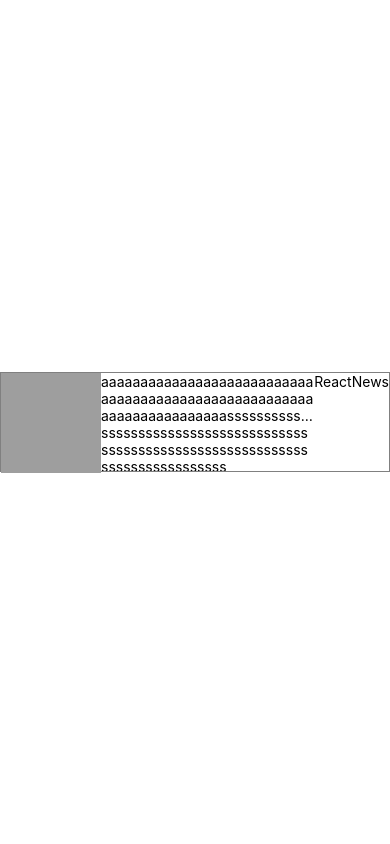
Repository: kawamoto0429/udemy_news
Screen: /
These files come from the project's save history. The screen is drawn as it stood at one moment and after a run of saves; the edit follows.
Pictures or frames that could not be fetched are drawn as grey boxes. The app was drawn by React Native's web renderer in a window 390 px wide. The project was rebuilt for these pictures with package versions that can differ from the ones it lists, and the page was loaded fresh each time.

Above is the screen before, as saved 2022-03-02 21:06:21.

### App.js
import React from 'react';
import { StyleSheet, Text, View, Image } from 'react-native';

export default function App() {

  const styles = StyleSheet.create({
    container: {
      flex: 1,
      backgroundColor: '#fff',
      alignItems: 'center',
      justifyContent: 'center',
    },
    itemContainer: {
      height: 100,
      width: "100%",
      borderColor: 'gray',
      borderWidth: 1,
      flexDirection: "row"
    },
    leftContainer: {
      width: 100,
    },
    rightContainer: {
      flex: 1,
    },
    stretch: {
      width: 100,
      height: 100,
    },


  });

  return (
    <View style={styles.container}>
      <View style={styles.itemContainer}>
        <View style={styles.leftContainer}>
        <Image
          style={styles.stretch}
          source={{uri: "https://picsum.photos/200/300" }}
        />
        </View>
        <View style={styles.rightContainer}/>
          <Text numberOfLines={3}>
            aaaaaaaaaaaaaaaaaaaaaaaaaaaaaaaaaaaaaaaaaaaaaaaaaaaaaaaaaaaaaaaaaaaaaassssssssssssssssssssssssssssssssssssssssssssssssssssssssssssssssssssssssssssssssssss
          </Text>
          <Text>
            ReactNews
          </Text>
      </View>
    </View>
  );
}

After the next 2 saves:
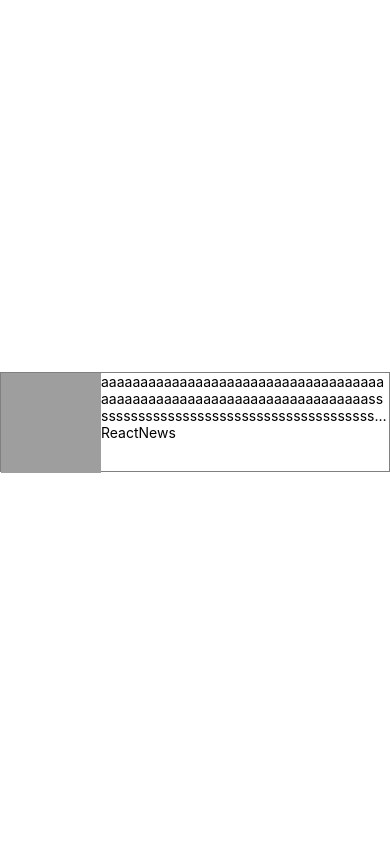
The 2 saves are shown as one change because 1 did not build or start.
The last was saved 95 s later.
--- a/App.js
+++ b/App.js
@@ -40,13 +40,14 @@ export default function App() {
           source={{uri: "https://picsum.photos/200/300" }}
         />
         </View>
-        <View style={styles.rightContainer}/>
+        <View style={styles.rightContainer}>
           <Text numberOfLines={3}>
             aaaaaaaaaaaaaaaaaaaaaaaaaaaaaaaaaaaaaaaaaaaaaaaaaaaaaaaaaaaaaaaaaaaaaassssssssssssssssssssssssssssssssssssssssssssssssssssssssssssssssssssssssssssssssssss
           </Text>
           <Text>
             ReactNews
           </Text>
+        </View>
       </View>
     </View>
   );
